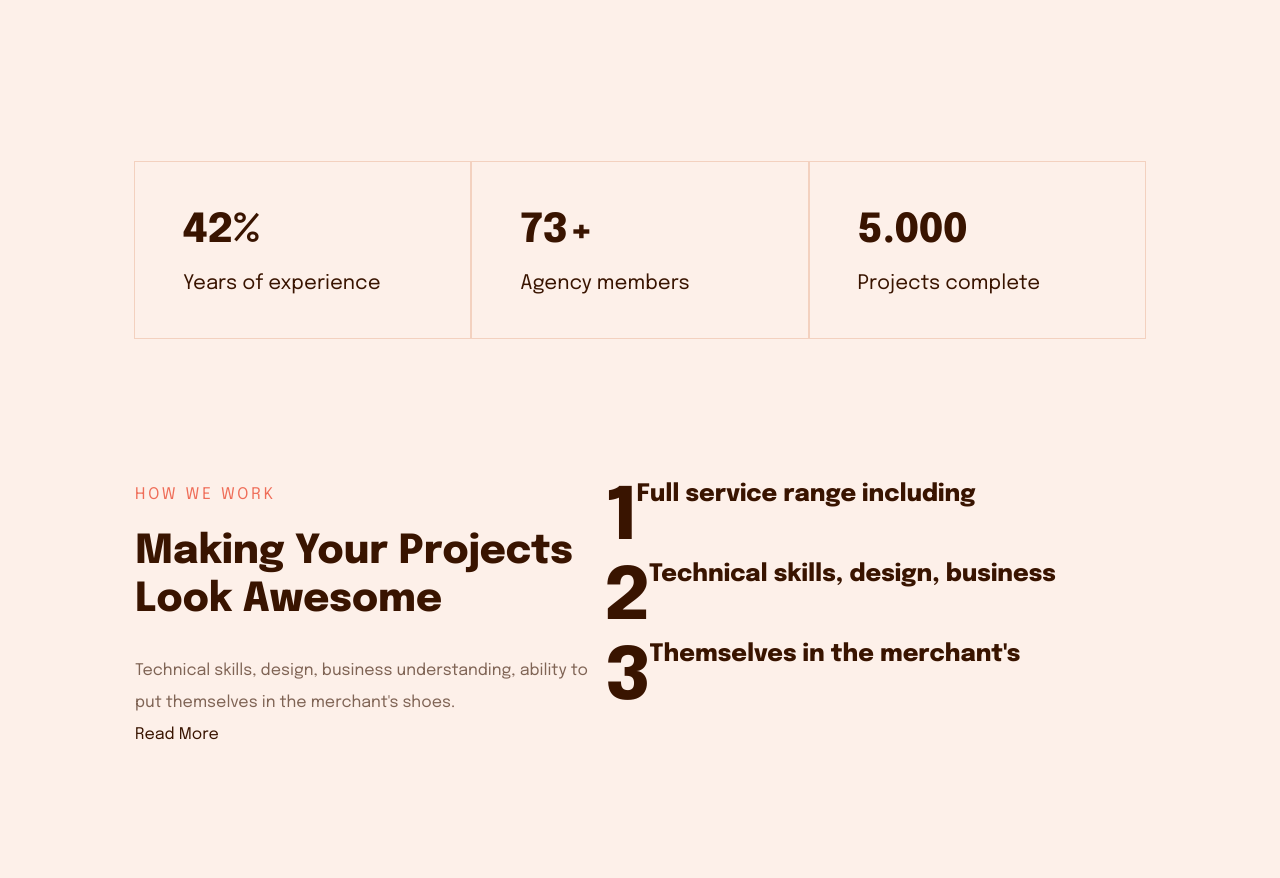
Repository: MehdiKerimov/Figma-task-7
Page: index.html
An editor plug-in stored every save of this project. The page is shown before and after a run of saves, followed by the edit.
The browser window is 1280 px wide. The pictures show the whole page.

Above is the page before, as saved 2023-08-30 12:16:54.

### index.html
<!DOCTYPE html>
<html lang="en">

<head>
    <meta charset="UTF-8">
    <meta name="viewport" content="width=device-width, initial-scale=1.0">
    <title>Document</title>
    <link rel="stylesheet" href="index.css">
</head>

<body>
    <div class="container">
        <div class="container-1">
            <ul>

                    <li>
                        <h1>42%</h1>
                        <p>Years of experience</p>
                    </li>


                    <li>
                        <h1>73+</h1>
                        <P>Agency members</P>
                    </li>


                    <li>
                        <h1>5.000</h1>
                        <p>Projects complete</p>
                    </li>

            </ul>
        </div>
        <div class="container-2">
            <div class="text-container">
                <h1>How we work</h1>
                <h2>Making Your Projects Look Awesome</h2>
                <p>Technical skills, design, business understanding, ability to put themselves in the merchant's shoes.</p>
                <a href="">Read More</a>
            </div>
            <ul>
               <li>
                <h1>1</h1>
                <p>Full service range including</p>
               </li>
               <li>
                <h1>2</h1>
                <p>Technical skills, design, business</p>
               </li>
               <li>
                <h1>3</h1>
                <p>Themselves in the merchant's</p>
               </li>
            </ul>

        </div>
    </div>


</body>

</html>

### index.css
@import url("https://fonts.googleapis.com/css2?family=Epilogue:wght@400;800&display=swap");
* {
  padding: 0;
  margin: 0;
  box-sizing: border-box;
}
.container {
  background: #fdf0e9;
  min-height: 100vh;
}
.container-1 {
  padding: 161px 134px 140px 134px;
}

.container-1 .box-1 {
  width: 391px;
  height: 176px;
  border-radius: 6px 0px 0px 6px;
}
.container-1 ul {
  display: flex;
}
.container-1 ul li {
  list-style-type: none;
  width: 33.33%;
  border: 1px solid #f3d1bf;
  padding: 45px 0 38px 48px;
}
.container-1 ul li h1 {
  color: var(--text-dark, #391400);
  font-feature-settings: "clig" off, "liga" off;
  font-family: Epilogue;
  font-size: 40px;
  font-style: normal;
  font-weight: 800;
  line-height: 48px;
}
.container-1 ul li p {
  margin-top: 13px;
  color: var(--text-dark, #391400);
  font-feature-settings: "clig" off, "liga" off;
  font-family: Epilogue;
  font-size: 20px;
  font-style: normal;
  font-weight: 400;
  line-height: 32px;
}
.container-1 .box-1 li h1 {
  padding: 45px 0px 13px 48px;
}
.container-1 .box-1 li p {
  margin-left: 48px;
}
.container-1 .box-3 li p {
  margin-left: 48px;
  color: var(--text-dark, #391400);
  font-feature-settings: "clig" off, "liga" off;
  font-family: Epilogue;
  font-size: 20px;
  font-style: normal;
  font-weight: 400;
  line-height: 32px;
}
.container-2{
    padding: 0 203px 127px 135px;
    display: flex;
}
.container-2 .text-container h1 {
  color: var(--text-dark-accent, #ef6d58);
  font-feature-settings: "clig" off, "liga" off;
  font-family: Epilogue;
  font-size: 16px;
  font-style: normal;
  font-weight: 400;
  line-height: 32px;
  letter-spacing: 3px;
  text-transform: uppercase;
}
.container-2 .text-container h2 {
    margin-top: 17px;
    margin-bottom: 31px;
    width: 448px;
  color: var(--text-dark, #391400);
  font-feature-settings: "clig" off, "liga" off;
  font-family: Epilogue;
  font-size: 40px;
  font-style: normal;
  font-weight: 800;
  line-height: 48px;
}
.container-2 .text-container p {
    width: 470px;
  color: var(--text-dark-gray, rgba(57, 20, 0, 0.64));
  font-feature-settings: "clig" off, "liga" off;
  font-family: Epilogue;
  font-size: 16px;
  font-style: normal;
  font-weight: 400;
  line-height: 32px;
}
.container-2 .text-container a {
    margin-top: 28px;
  color: var(--text-dark, #391400);
  font-feature-settings: "clig" off, "liga" off;
  font-family: Epilogue;
  font-size: 16px;
  font-style: normal;
  font-weight: 400;
  line-height: 32px;
  text-decoration: none;
}

.container-2 ul li  {
display: flex;
}
.container-2 ul li h1{
    color: #391400;
font-feature-settings: 'clig' off, 'liga' off;

/* H1 */
font-family: Epilogue;
font-size: 72px;
font-style: normal;
font-weight: 800;
line-height: 80px; /* 111.111% */
letter-spacing: -2px;
}
.container-2 ul li p{
    color: var(--text-dark, #391400);
font-feature-settings: 'clig' off, 'liga' off;

/* H4 */
font-family: Epilogue;
font-size: 24px;
font-style: normal;
font-weight: 700;
line-height: 32px; /* 133.333% */
}

After the next 3 saves:
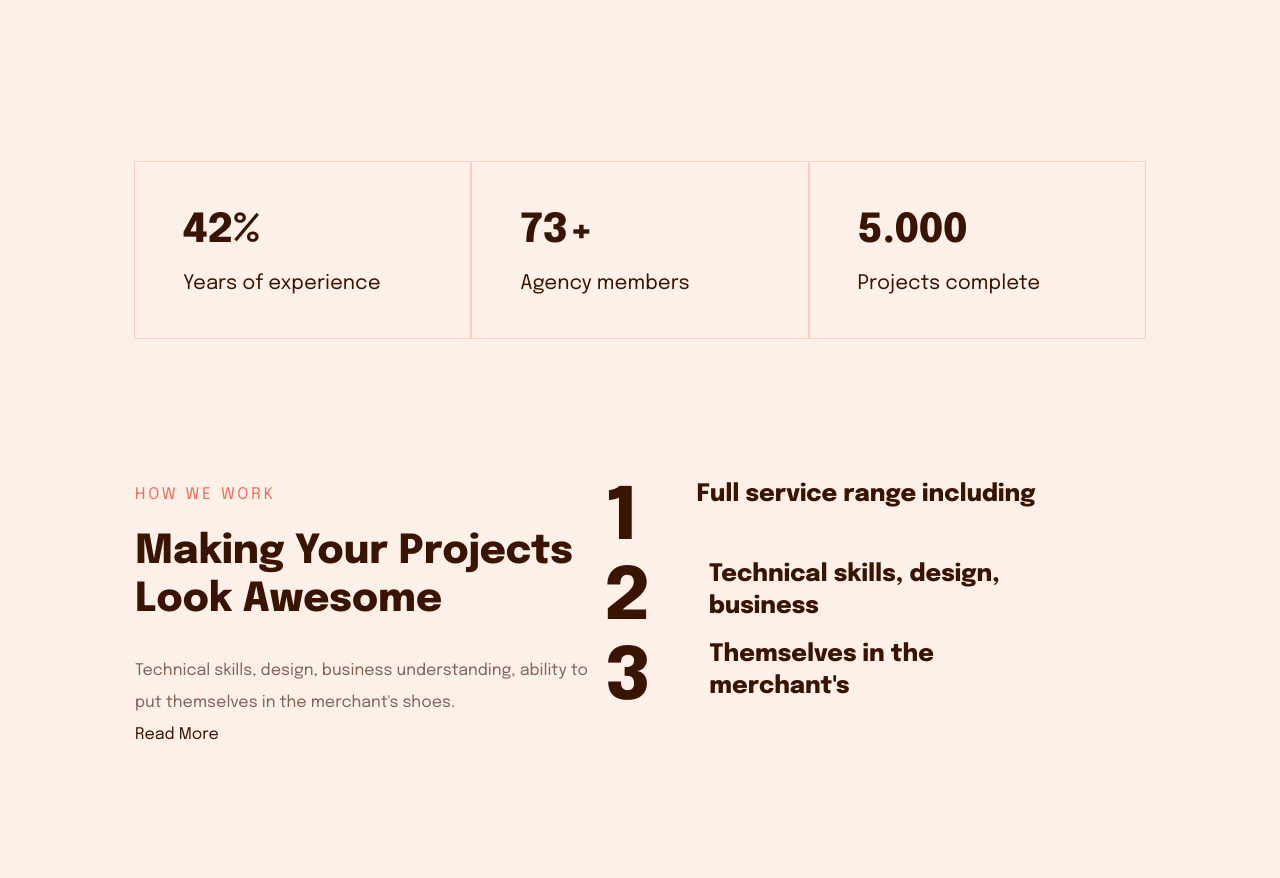
The 3 saves are shown as one change because they came seconds apart.
The last was saved 29 s later.
--- a/index.css
+++ b/index.css
@@ -114,6 +114,7 @@
 display: flex;
 }
 .container-2 ul li h1{
+    margin-right: 60px;
     color: #391400;
 font-feature-settings: 'clig' off, 'liga' off;
 
